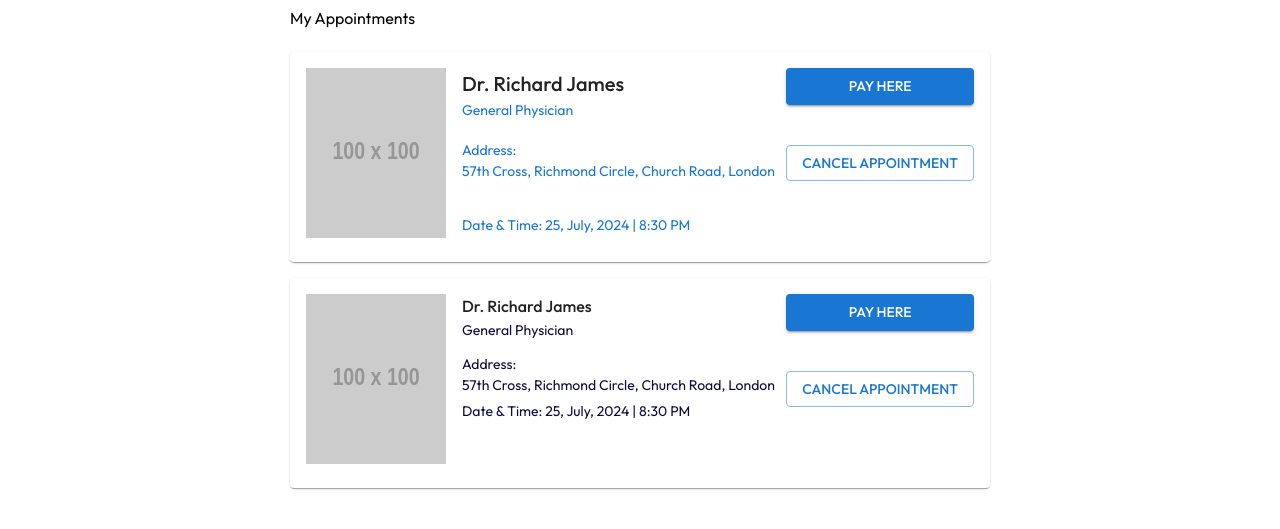
Repository: Ali-Dmerdash/DEPI_GRAD
Page: /
These files come from the project's save history. The page is drawn as it stood at one moment and after the next save; the edit follows.
The browser window is 1280 px wide. The pictures show the whole page.
The project was rebuilt for these pictures with package versions that can differ from the ones it lists, and the page was loaded fresh each time. Also part of the build but not shown: vite.config.ts.

Above is the page before, as saved 2024-10-08 21:21:43.

### src/App.tsx
import "./App.css";
import "react-router-dom";
import { library } from "@fortawesome/fontawesome-svg-core";
import { fab } from "@fortawesome/free-brands-svg-icons";
import { fas } from "@fortawesome/free-solid-svg-icons";
import { far } from "@fortawesome/free-regular-svg-icons";
import Myappointment from "./pages/myappointment";

function App() {
  return (
    <>
      <Myappointment />
    </>
  );
}

export default App;
library.add(fab, fas, far);

### src/index.css
@import url("https://fonts.googleapis.com/css2?family=Outfit:wght@100..900&display=swap");

body {
  font-family: "Outfit", sans-serif;
  color: var(--text-color);
}

:root {
  --primary-color: #07456f;
  --secondary-color: #009f9d;
  --text-color: #0f0a3c;
  --card-button-color: #ace6f6;
  --border-color: #adadad;
}

### src/App.css
@import "./App.css";

body {
  color: var(--text-color);
}

### src/pages/myappointment/index.tsx
import React from "react";
import { Box, Card, CardContent, Typography, Button } from "@mui/material";

const MyAppointment: React.FC = () => {
  return (
    <>
      <Box sx={{ maxWidth: 700, margin: "0 auto" }}>
        <Typography variant="body" color="initial">
          My Appointments
        </Typography>
        <Card sx={{ marginBottom: 2, marginTop: 3 }}>
          <CardContent>
            <Box display="flex" alignItems="flex-start">
              <img
                src="https://via.placeholder.com/100"
                alt="Doctor"
                style={{ width: "140px", height: "170px", marginRight: "16px" }}
              />
              <Box flexGrow={1}>
                <Typography variant="h6" fontSize="20px">
                  Dr. Richard James
                </Typography>
                <Typography
                  color="primary"
                  fontSize="14px"
                  sx={{ marginBottom: "6%" }}
                >
                  General Physician
                </Typography>
                <Typography
                  color="primary"
                  fontSize="14px"
                  sx={{ marginBottom: "10%" }}
                >
                  Address: <br /> 57th Cross, Richmond Circle, Church Road,
                  London
                </Typography>
                <Typography color="primary" fontSize="14px">
                  Date & Time: 25, July, 2024 | 8:30 PM
                </Typography>
              </Box>
              <Box
                display="flex"
                flexDirection="column"
                justifyContent="flex-end"
              >
                <Button variant="contained" color="primary">
                  Pay here
                </Button>
                <Button
                  variant="outlined"
                  color="primary"
                  sx={{ marginTop: 5 }}
                >
                  Cancel appointment
                </Button>
              </Box>
            </Box>
          </CardContent>
        </Card>

        <Card>
          <CardContent>
            <Box display="flex" alignItems="flex-start">
              <img
                src="https://via.placeholder.com/100"
                alt="Doctor"
                style={{ width: "140px", height: "170px", marginRight: "16px" }}
              />
              <Box flexGrow={1}>
                <Typography variant="h6" fontSize="16px">
                  Dr. Richard James
                </Typography>
                <Typography
                  color="#0F0A3C"
                  fontSize="14px"
                  sx={{ marginBottom: "4%" }}
                >
                  General Physician
                </Typography>
                <Typography
                  color="#0F0A3C"
                  fontSize="14px"
                  sx={{ marginBottom: "5px" }}
                >
                  Address: <br />
                  57th Cross, Richmond Circle, Church Road, London
                </Typography>
                <Typography color="#0F0A3C" fontSize="14px">
                  Date & Time: 25, July, 2024 | 8:30 PM
                </Typography>
              </Box>
              <Box
                display="flex"
                flexDirection="column"
                justifyContent="flex-end"
              >
                <Button variant="contained" color="primary">
                  Pay here
                </Button>

                <Button
                  variant="outlined"
                  color="primary"
                  sx={{ marginTop: 5 }}
                >
                  Cancel appointment
                </Button>
              </Box>
            </Box>
          </CardContent>
        </Card>
      </Box>
    </>
  );
};

export default MyAppointment;

Loaded but not shown: index.html (common file); src/main.tsx (common file)

After the next save:
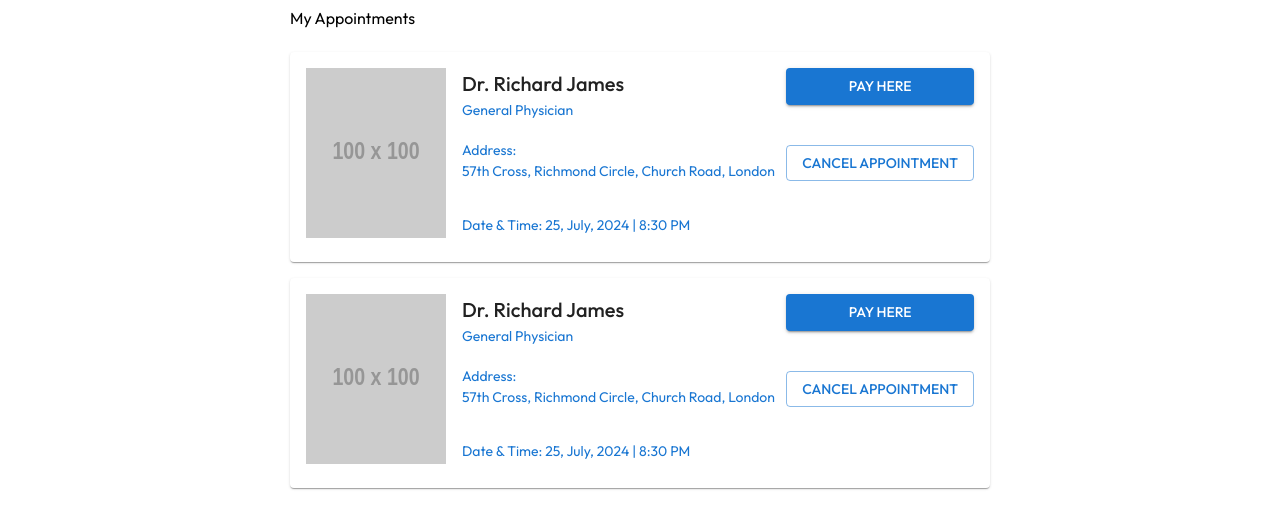
Saved 24 s later.
--- a/src/pages/myappointment/index.tsx
+++ b/src/pages/myappointment/index.tsx
@@ -68,25 +68,25 @@ const MyAppointment: React.FC = () => {
                 style={{ width: "140px", height: "170px", marginRight: "16px" }}
               />
               <Box flexGrow={1}>
-                <Typography variant="h6" fontSize="16px">
+                <Typography variant="h6" fontSize="20px">
                   Dr. Richard James
                 </Typography>
                 <Typography
-                  color="#0F0A3C"
+                  color="primary"
                   fontSize="14px"
-                  sx={{ marginBottom: "4%" }}
+                  sx={{ marginBottom: "6%" }}
                 >
                   General Physician
                 </Typography>
                 <Typography
-                  color="#0F0A3C"
+                  color="primary"
                   fontSize="14px"
-                  sx={{ marginBottom: "5px" }}
+                  sx={{ marginBottom: "10%" }}
                 >
-                  Address: <br />
-                  57th Cross, Richmond Circle, Church Road, London
+                  Address: <br /> 57th Cross, Richmond Circle, Church Road,
+                  London
                 </Typography>
-                <Typography color="#0F0A3C" fontSize="14px">
+                <Typography color="primary" fontSize="14px">
                   Date & Time: 25, July, 2024 | 8:30 PM
                 </Typography>
               </Box>
